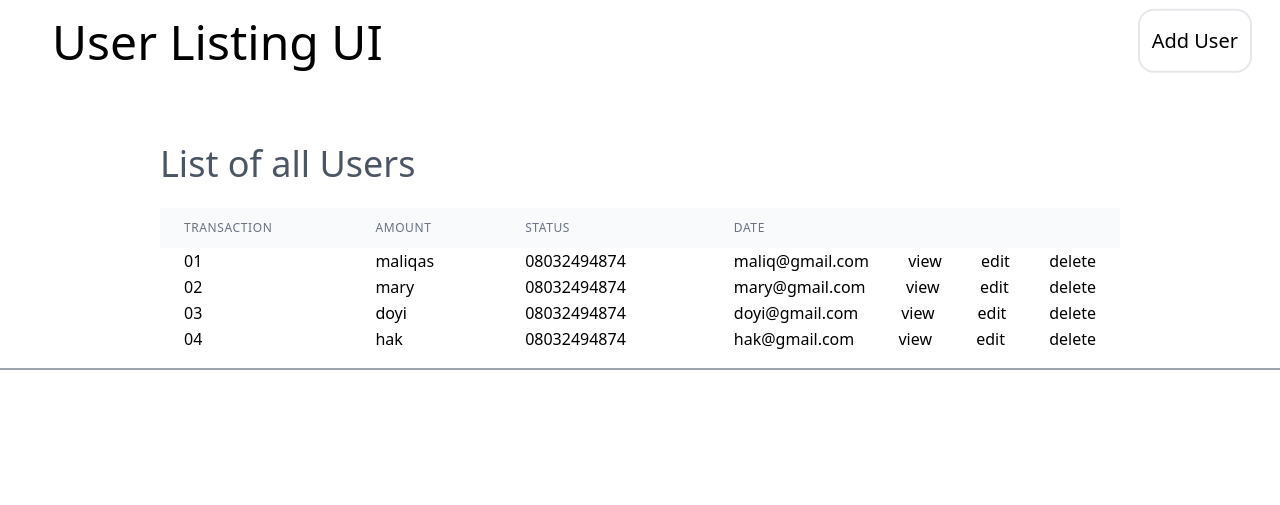
Repository: Marlstergo/listings
Page: / (app in client/)
These files come from the project's save history. The page is drawn as it stood at one moment and after the next save; the edit follows.
The browser window is 1280 px wide. The pictures show the whole page.
The project was rebuilt for these pictures with package versions that can differ from the ones it lists, and the page was loaded fresh each time. Also part of the build but not shown: client/craco.config.js, client/src/components/Loader.js, client/src/components/List.js, client/src/components/EditUser.js.

Above is the page before, as saved 2021-07-21 16:32:56.

After the next save:
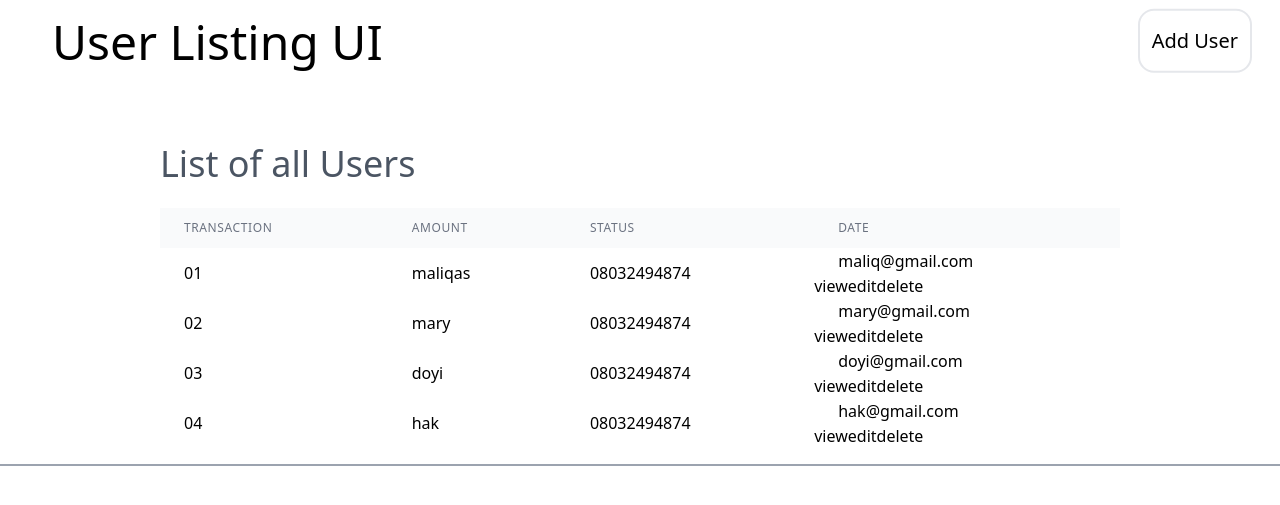
Saved 75 s later.
--- a/client/src/components/UserRow.jsx
+++ b/client/src/components/UserRow.jsx
@@ -7,11 +7,12 @@ const UserRow = ({id, name, phone, email}) => {
       <td className="px-6">{id}</td>
       <td className="px-6">{name}</td>
       <td className="px-6">{phone}</td>
-      <td className=" flex justify-between px-6">{email}
-        <button>view</button>
+      <td className=" flex justify-between px-6"><p className="">{email}</p>
+
+      </td>
+      <button>view</button>
         <button>edit</button>
         <button>delete</button>
-      </td>
     </tr>
   );
 };
